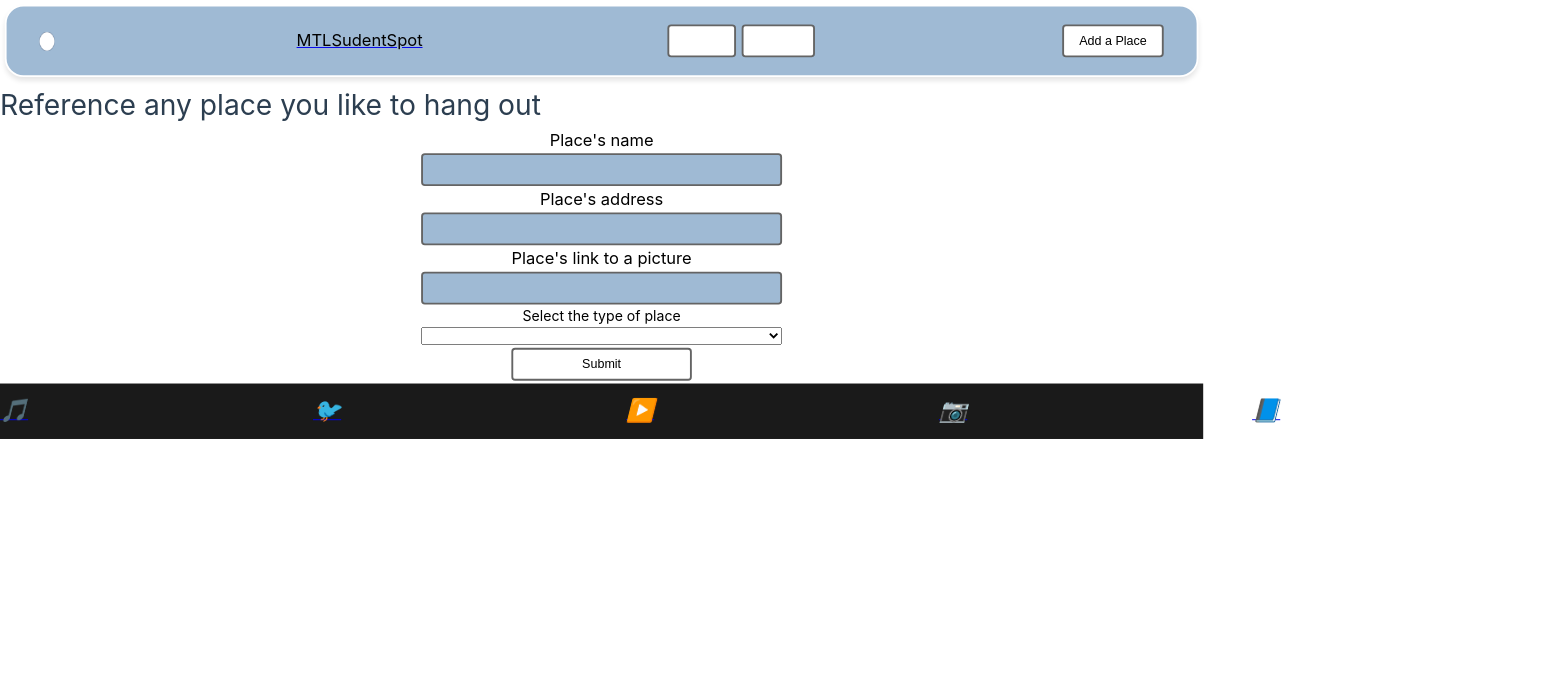
Repository: KevMn6ix/MOD8-2232-GRA-Damois-Leroi--Morant-Munto
Page: /places/add (app in client/)
These files come from the project's save history. The page is drawn as it stood at one moment and after the next save; the edit follows.
The browser window is 1280 px wide. The page is 1665 px wide, then 1280 px, so the pictures cover 1665 px, including what lies to the right of the window. The pictures show the whole page, at 94% of full size.
The project was rebuilt for these pictures with package versions that can differ from the ones it lists, and the page was loaded fresh each time. Also part of the build but not shown: client/vite.config.js, client/src/components/HelloWorld.vue, client/src/services/Api.js, client/src/services/AuthentificationService.js, client/src/components/Login.vue, client/src/views/LoginPage.vue, client/src/components/RowLandingPage.vue, client/src/components/PlaceItem.vue and 2 more.

Above is the page before, as saved 2023-10-18 15:30:13.

After the next save:
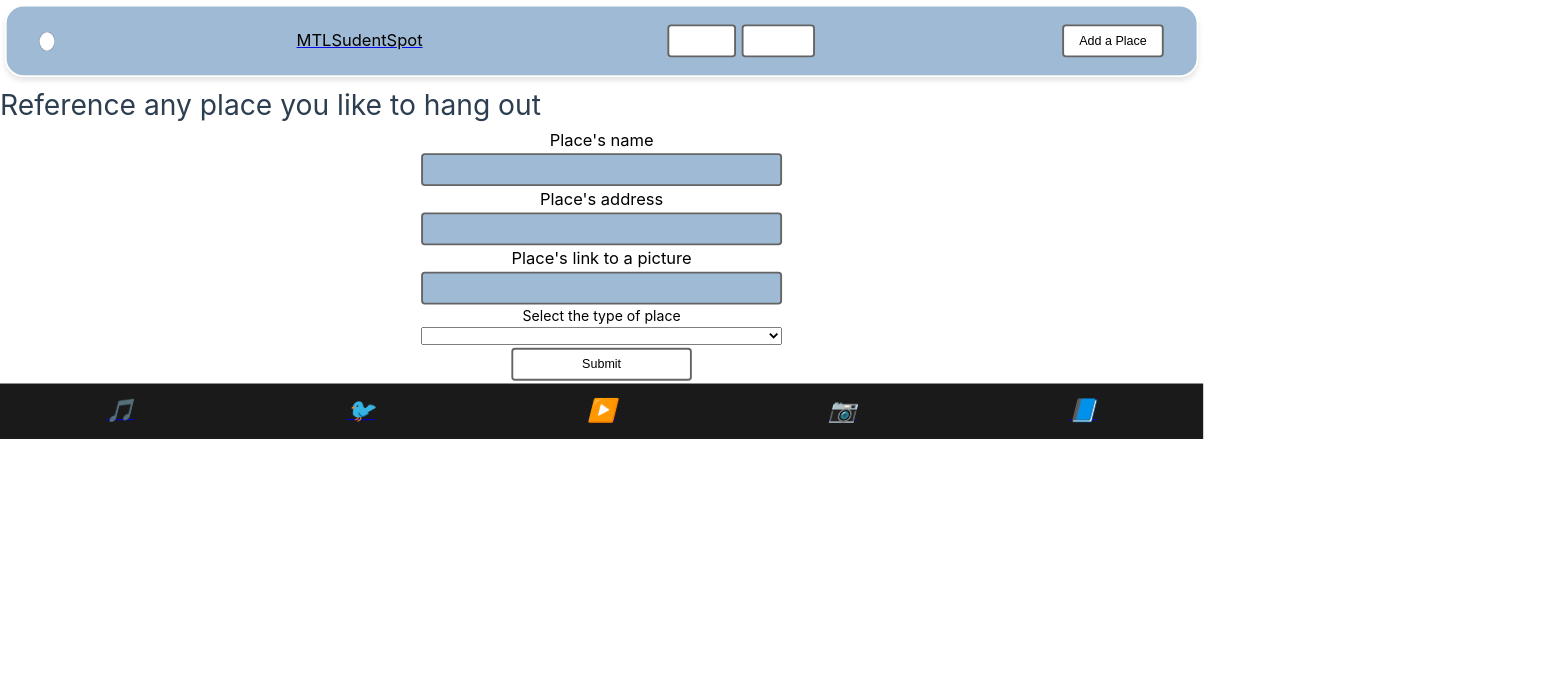
Saved 13 s later.
--- a/client/src/views/AddPageView.vue
+++ b/client/src/views/AddPageView.vue
@@ -34,9 +34,7 @@ const placeService = UsePlaceService()
   </footer>
 </template>
 <style scoped>
-*{
-    min-width: 333px;
-}
+
 footer {
   z-index: 1000;
     display: flex;
